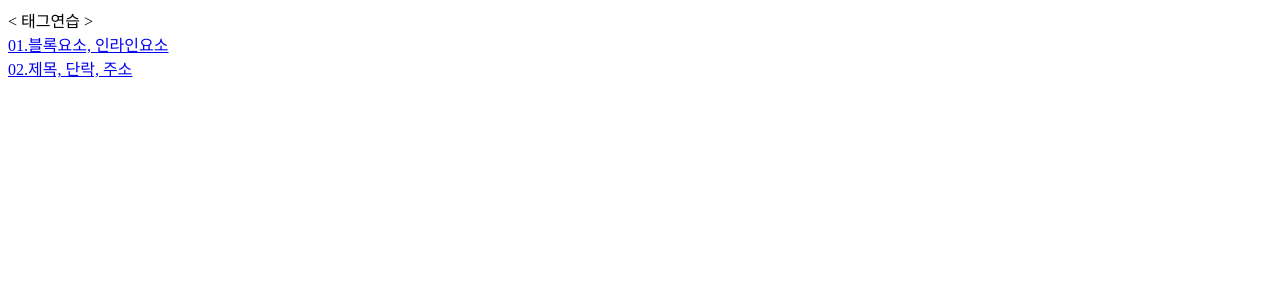
Repository: RUCKUSJERRY/PracticeOfUI
Page: UI01_HTML/WebContent/index.html
These files come from the project's save history. The page is drawn as it stood at one moment and after the next save; the edit follows.
The browser window is 1280 px wide. The pictures show the whole page.

Above is the page before, as saved 2021-01-14 04:43:16.

After the next save:
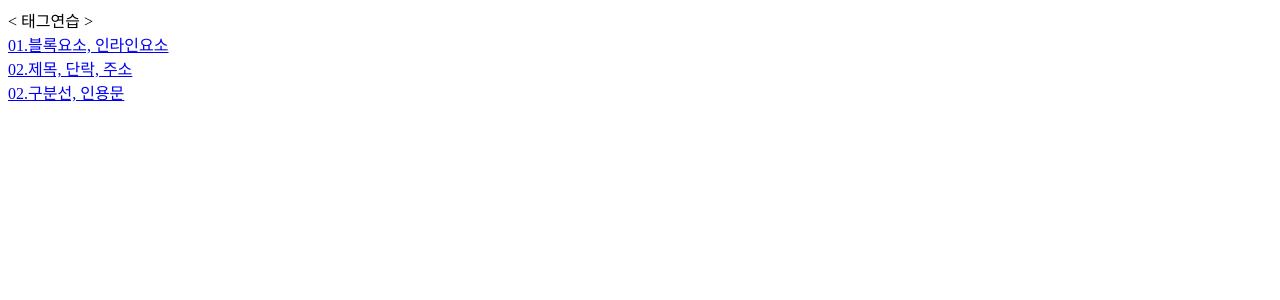
Saved 9 min 30 s later.
--- a/UI01_HTML/WebContent/index.html
+++ b/UI01_HTML/WebContent/index.html
@@ -20,7 +20,7 @@
 
 	<a href="html01-block-inline.html">01.블록요소, 인라인요소</a><br/>
 	<a href="html02-title-paragraph.html">02.제목, 단락, 주소</a><br/>
-
+	<a href="html03-hr-quotation.html">02.구분선, 인용문</a><br/>
 
 </body>
 </html>
